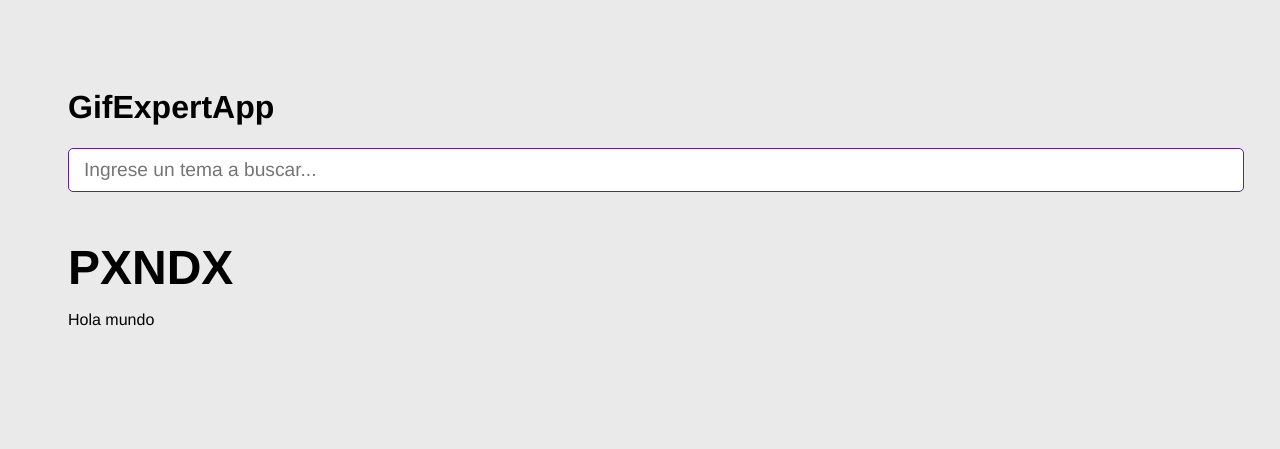
Repository: AlanColliDev/CursoReact
Page: /
An editor plug-in stored every save of this project. The page is shown before and after the next save, followed by the edit.
The browser window is 1280 px wide. The pictures show the whole page.
The page's requests for data from a server got no answer. The project was rebuilt for these pictures with package versions that can differ from the ones it lists, and the page was loaded fresh each time. No one was signed in, and anything a server would have sent is missing. Also part of the build but not shown: vite.config.js.

Above is the page before, as saved 2022-07-21 01:04:22.

After the next save:
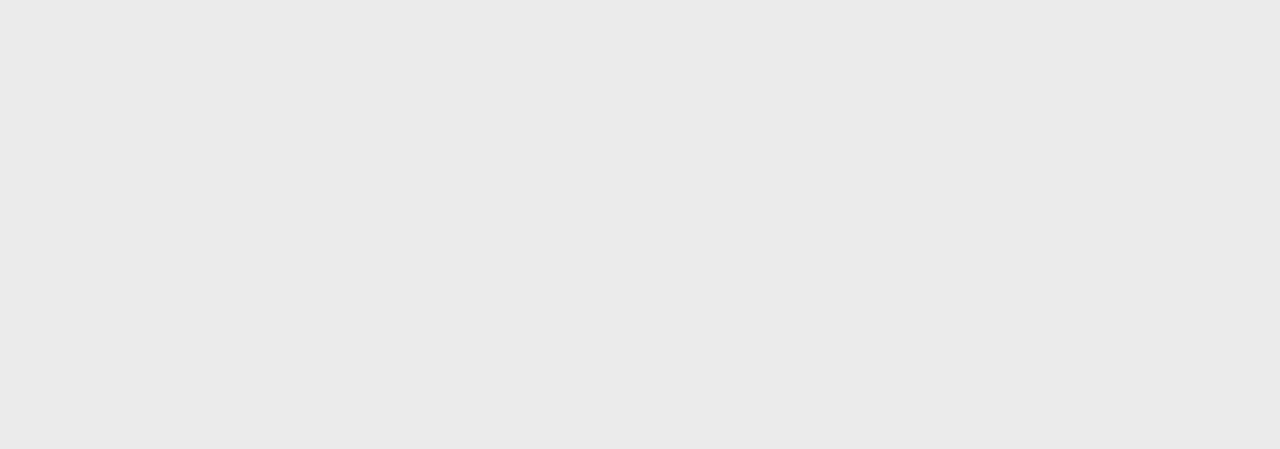
Console error (its wording comes from the project's code and is left out).
Saved 3 min 41 s later.
--- a/src/components/GifGrid.jsx
+++ b/src/components/GifGrid.jsx
@@ -1,8 +1,10 @@
+import { useEffect } from 'react';
 import { getGifs } from '../helpers/getGifs';
 
 // nunca se debe de llamar expliscitamante a una funcion en un functional component, porque se reprocesa
 export const GifGrid = ({ category }) => {
 
+    const [counter, setCounter] = useEffect(5);
 
     getGifs(category);
     // Si uso AWAIT, la funcion debe ser async

After the 4 saves that followed:
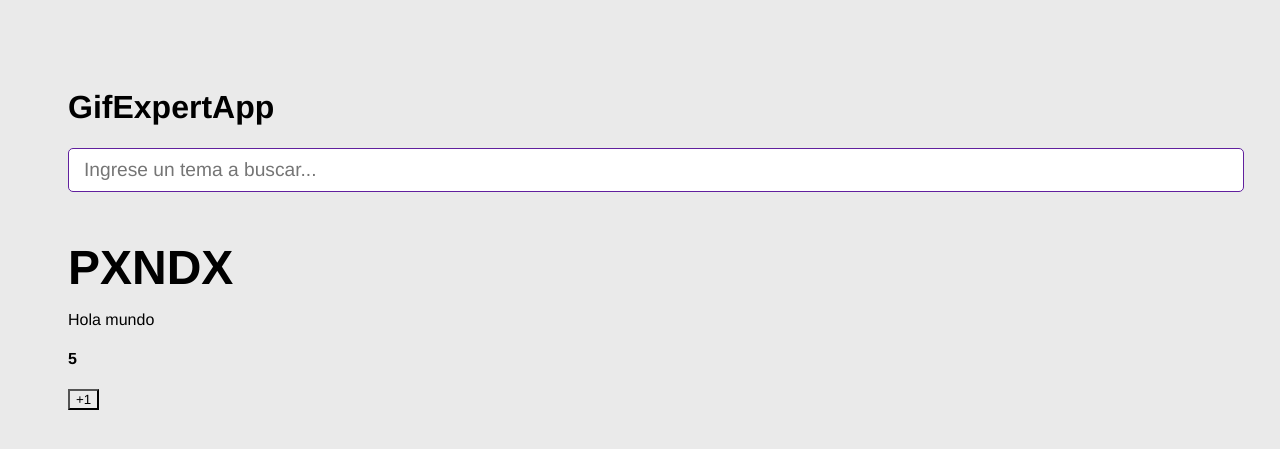
The error is gone.
The 4 saves are shown as one change because 3 left the picture as it was.
The last was saved 103 s later.
--- a/src/components/GifGrid.jsx
+++ b/src/components/GifGrid.jsx
@@ -1,10 +1,10 @@
-import { useEffect } from 'react';
+import { useEffect, useState } from 'react';
 import { getGifs } from '../helpers/getGifs';
 
 // nunca se debe de llamar expliscitamante a una funcion en un functional component, porque se reprocesa
 export const GifGrid = ({ category }) => {
 
-    const [counter, setCounter] = useEffect(5);
+    const [counter, setCounter] = useState(5);
 
     getGifs(category);
     // Si uso AWAIT, la funcion debe ser async
@@ -12,6 +12,9 @@
         <>
             <h3>{ category }</h3>
             <p>Hola mundo</p>
+            <h4>{counter}</h4>
+
+            <button onClick={() => setCounter(counter + 1) }>+1</button>
         </>
     )
 }
